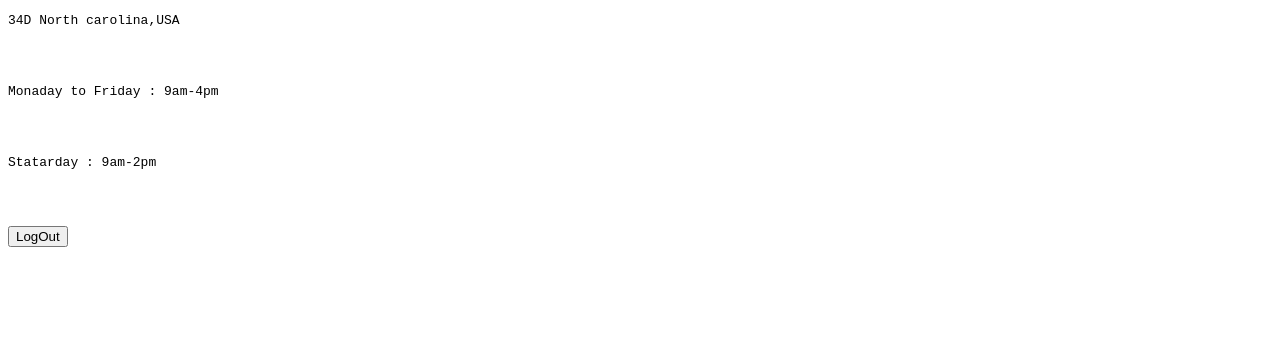
Repository: MyselfAman/Login_Page_Servlet
Page: http://localhost/Login_Page/About_Us.jsp
The author's editor kept a copy of each file at every save. The page is drawn from the files as they stood at one save, then again after the next save.
The browser window is 1280 px wide. The pictures show the whole page.
The page is served by Tomcat 9. The session is filled in as if someone had signed in: {"name": "Test User"}.

Above is the page before, as saved 2019-08-08 05:37:02.

After the next save:
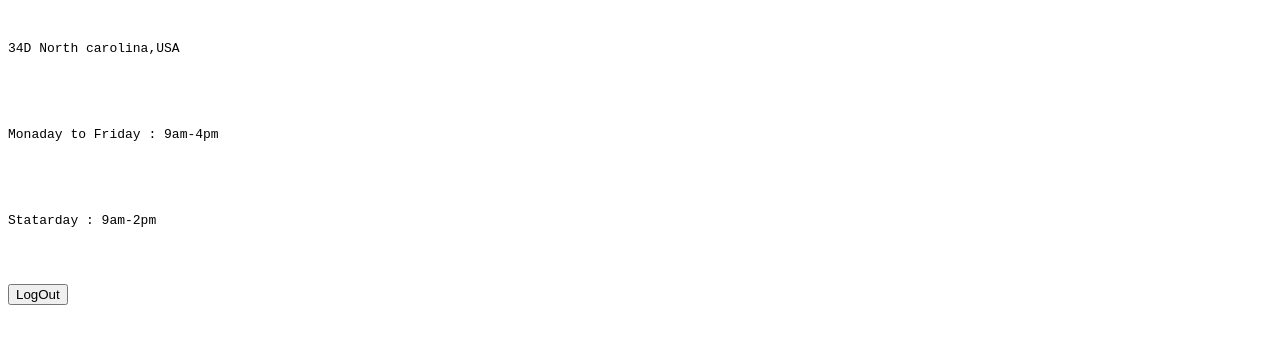
Saved 32 s later.
--- a/Login_Page/WebContent/About_Us.jsp
+++ b/Login_Page/WebContent/About_Us.jsp
@@ -15,9 +15,9 @@
 %>
 
 <pre>
-<p>34D North carolina,USA</p><br>
-<p>Monaday to Friday : 9am-4pm</p><br>
-<p>Statarday : 9am-2pm</p><br>
+	<p>34D North carolina,USA</p><br>
+	<p>Monaday to Friday : 9am-4pm</p><br>
+	<p>Statarday : 9am-2pm</p><br>
 </pre>
 
 <form action="Logout">
